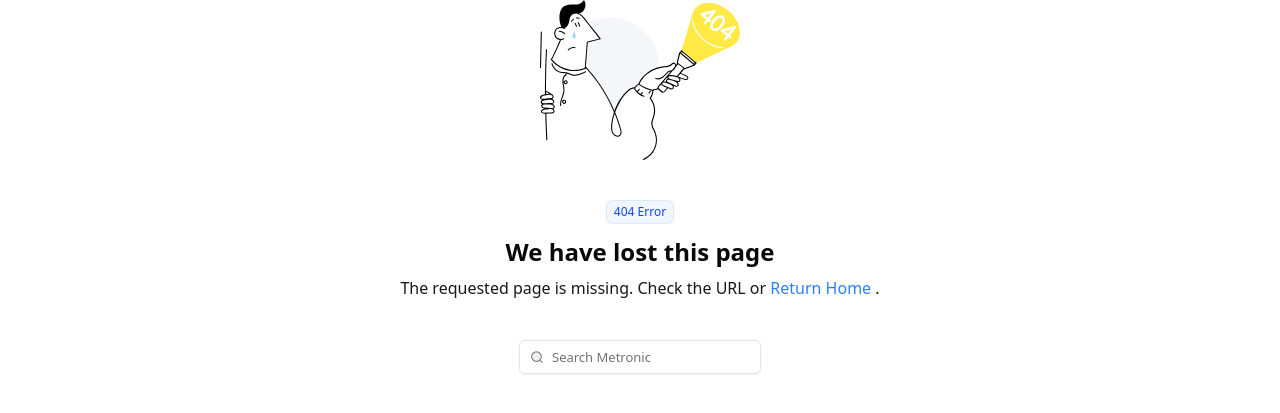
Repository: Jeffrey0117/yoni
Page: error-404.html
These files come from the project's save history. The page is drawn as it stood at one moment and after the next save; the edit follows.
The browser window is 1280 px wide. The pictures show the whole page.

Above is the page before, as saved 2025-10-14 14:22:06.

### error-404.html
<!--
Product: Metronic is a toolkit of UI components built with Tailwind CSS for developing scalable web applications quickly and efficiently
Version: v9.2.9
Author: Keenthemes
Contact: support@keenthemes.com
Website: https://www.keenthemes.com
Support: https://devs.keenthemes.com
Follow: https://www.twitter.com/keenthemes
License: https://keenthemes.com/metronic/tailwind/docs/getting-started/license
-->
<!DOCTYPE html>
<html class="h-full" data-kt-theme="true" data-kt-theme-mode="light" dir="ltr" lang="en">
 <head><base href="../../../">
  <title>
   Metronic - Tailwind CSS Error 404
  </title>
  <meta charset="utf-8"/>
  <meta content="follow, index" name="robots"/>
  <link href="https://127.0.0.1:8001/metronic-tailwind-html/demo9/authentication/error-404" rel="canonical"/>
  <meta content="width=device-width, initial-scale=1, shrink-to-fit=no" name="viewport"/>
  <meta content="Error 404 page, using Tailwind CSS" name="description"/>
  <meta content="@keenthemes" name="twitter:site"/>
  <meta content="@keenthemes" name="twitter:creator"/>
  <meta content="summary_large_image" name="twitter:card"/>
  <meta content="Metronic - Tailwind CSS Error 404" name="twitter:title"/>
  <meta content="Error 404 page, using Tailwind CSS" name="twitter:description"/>
  <meta content="./assets/media/app/og-image.png" name="twitter:image"/>
  <meta content="https://127.0.0.1:8001/metronic-tailwind-html/demo9/authentication/error-404" property="og:url"/>
  <meta content="en_US" property="og:locale"/>
  <meta content="website" property="og:type"/>
  <meta content="@keenthemes" property="og:site_name"/>
  <meta content="Metronic - Tailwind CSS Error 404" property="og:title"/>
  <meta content="Error 404 page, using Tailwind CSS" property="og:description"/>
  <meta content="./assets/media/app/og-image.png" property="og:image"/>
  <link href="./assets/media/app/apple-touch-icon.png" rel="apple-touch-icon" sizes="180x180"/>
  <link href="./assets/media/app/favicon-32x32.png" rel="icon" sizes="32x32" type="image/png"/>
  <link href="./assets/media/app/favicon-16x16.png" rel="icon" sizes="16x16" type="image/png"/>
  <link href="./assets/media/app/favicon.ico" rel="shortcut icon"/>
  <link href="https://fonts.googleapis.com/css2?family=Inter:wght@400;500;600;700&display=swap" rel="stylesheet"/>
  <link href="./assets/vendors/apexcharts/apexcharts.css" rel="stylesheet"/>
  <link href="./assets/vendors/keenicons/styles.bundle.css" rel="stylesheet"/>
  <link href="./assets/css/styles.css" rel="stylesheet"/>
 </head>

 <body>
        <div class="flex flex-col items-center justify-center h-[95%]">
      <div class="mb-10">
       <img alt="image" class="dark:hidden max-h-[160px]" src="./assets/media/illustrations/19.svg">
       <img alt="image" class="light:hidden max-h-[160px]" src="./assets/media/illustrations/19-dark.svg">
      </div>
      <span class="kt-badge kt-badge-primary kt-badge-outline mb-3">
       404 Error
      </span>
      <h3 class="text-2xl font-semibold text-mono text-center mb-2">
       We have lost this page
      </h3>
      <div class="text-base text-center text-secondary-foreground mb-10">
       The requested page is missing. Check the URL or
       <a class="text-primary font-medium hover:text-primary" href="html/demo9.html">
        Return Home
       </a>
       .
      </div>
      <div class="relative">
       <input class="kt-input ps-8 max-w-64" placeholder="Search Metronic" type="text" value="">
       <button class="kt-btn kt-btn-ghost kt-btn-icon text-muted-foreground kt-btn-sm absolute start-0 top-2/4 -translate-y-2/4 ms-1">
        <i class="ki-filled ki-magnifier">
        </i>
       </button>
      </div>
     </div>
 </body>
</html>

Loaded but not shown: assets/vendors/apexcharts/apexcharts.css (library); assets/vendors/keenicons/styles.bundle.css (library); assets/css/styles.css (library)

After the next save:
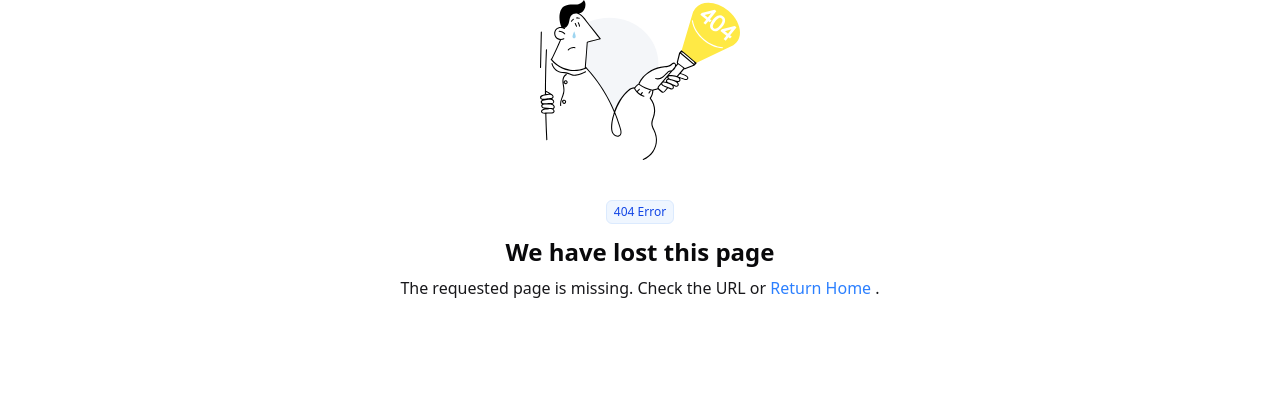
Saved 48 s later.
--- a/error-404.html
+++ b/error-404.html
@@ -61,13 +61,7 @@
        </a>
        .
       </div>
-      <div class="relative">
-       <input class="kt-input ps-8 max-w-64" placeholder="Search Metronic" type="text" value="">
-       <button class="kt-btn kt-btn-ghost kt-btn-icon text-muted-foreground kt-btn-sm absolute start-0 top-2/4 -translate-y-2/4 ms-1">
-        <i class="ki-filled ki-magnifier">
-        </i>
-       </button>
-      </div>
+
      </div>
  </body>
 </html>
